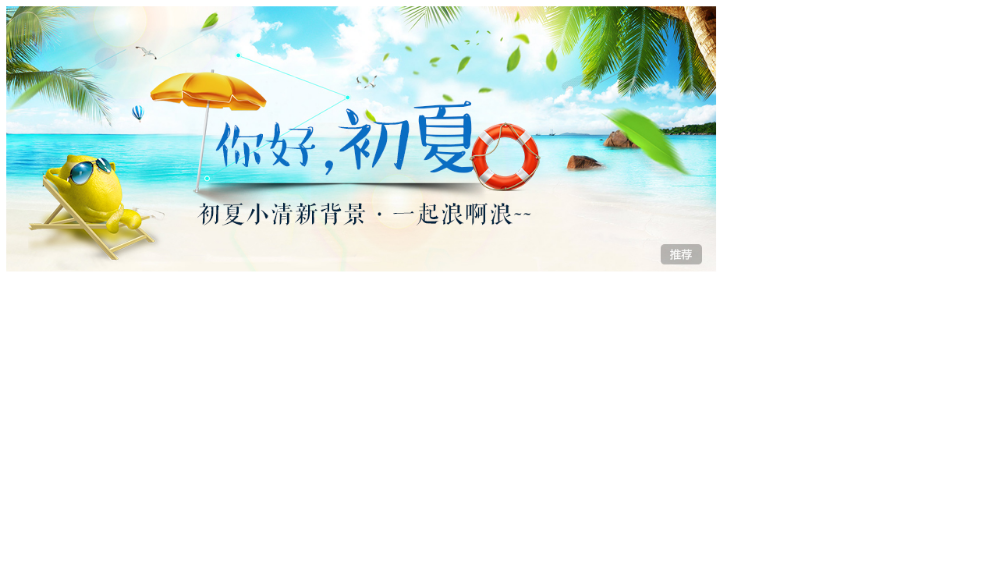
Repository: LewiesCheng/JS_Practice
Page: JS_Practice/WebContent/html/lunbotu.html
The author's editor kept a copy of each file at every save. The page is drawn from the files as they stood at one save, then again after the next save.
The browser window is 1280 px wide. The pictures show the whole page, at 78% of full size.

Above is the page before, as saved 2017-04-19 03:37:42.

### JS_Practice/WebContent/html/lunbotu.html
<!DOCTYPE html>
<html>
<head>
<meta charset="UTF-8">
<title>Insert title here</title>
<link href="../css/lunbotu.css" rel="stylesheet" />
<script src="../js/jquery-3.2.1.min.js"></script>
<script src="../js/lunbotu.js"></script>
</head>
<body>
	<div id = "lunbo">
		<div id = "pics">
			<div class = "pic"><img alt="啊黄" src="../img/1.jpg"></div>
		</div>
	</div>
</body>
</html>

### JS_Practice/WebContent/js/lunbotu.js
/**
 * 쫴꺄暠튬
 */

Loaded but not shown: JS_Practice/WebContent/css/lunbotu.css (common file); JS_Practice/WebContent/js/jquery-3.2.1.min.js (library)

After the next save:
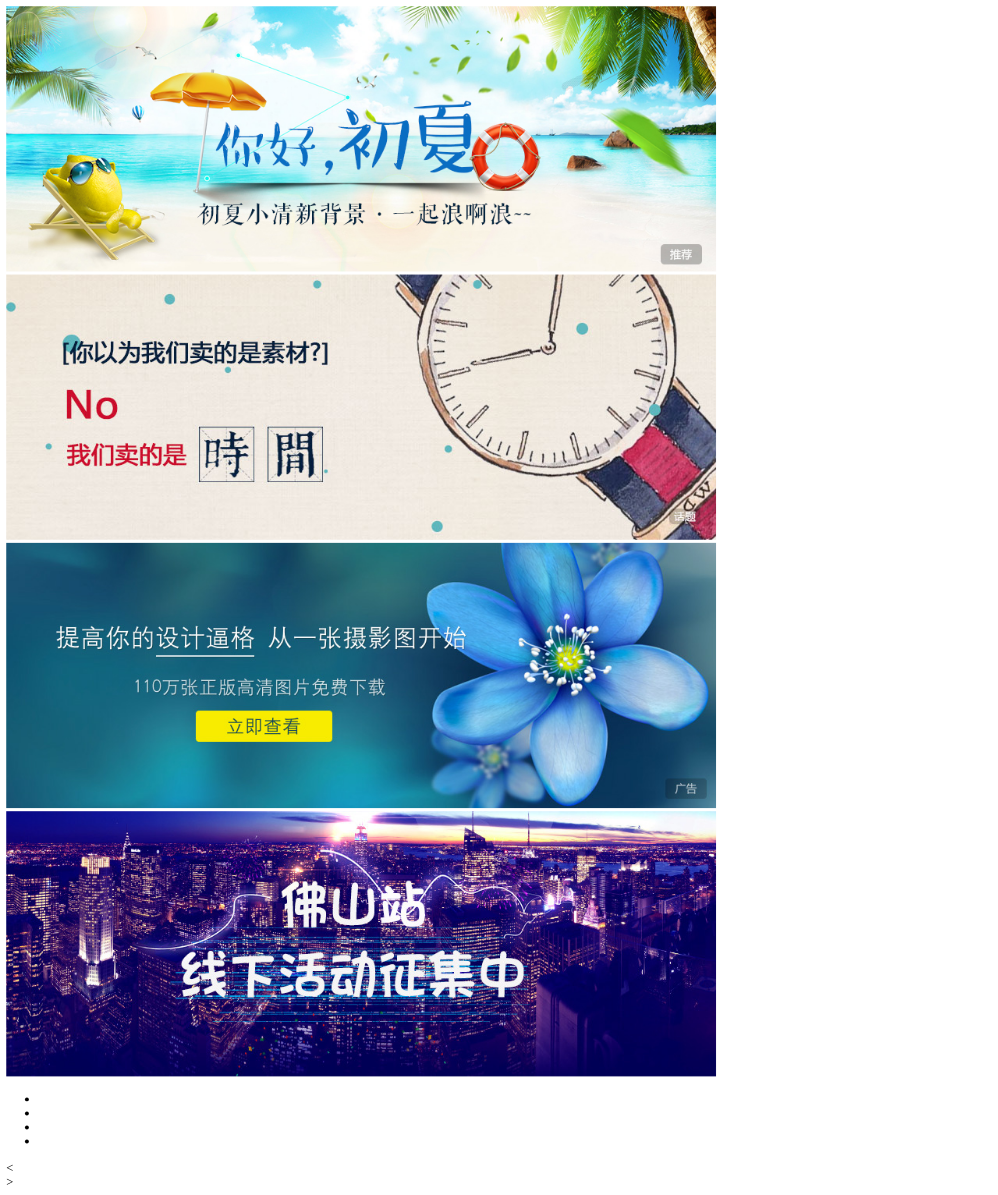
Saved 114 min 20 s later.
--- a/JS_Practice/WebContent/html/lunbotu.html
+++ b/JS_Practice/WebContent/html/lunbotu.html
@@ -11,7 +11,18 @@
 	<div id = "lunbo">
 		<div id = "pics">
 			<div class = "pic"><img alt="啊黄" src="../img/1.jpg"></div>
+			<div class = "pic"><img alt="啊黄" src="../img/2.jpg"></div>
+			<div class = "pic"><img alt="啊黄" src="../img/3.jpg"></div>
+			<div class = "pic"><img alt="啊黄" src="../img/4.jpg"></div>
 		</div>
+		<ul id = "tags">
+			<li></li>
+			<li></li>
+			<li></li>
+			<li></li>
+		</ul>
+		<div id = "btn left">&lt;</div>
+		<div id = "btn right">&gt;</div>
 	</div>
 </body>
 </html>
